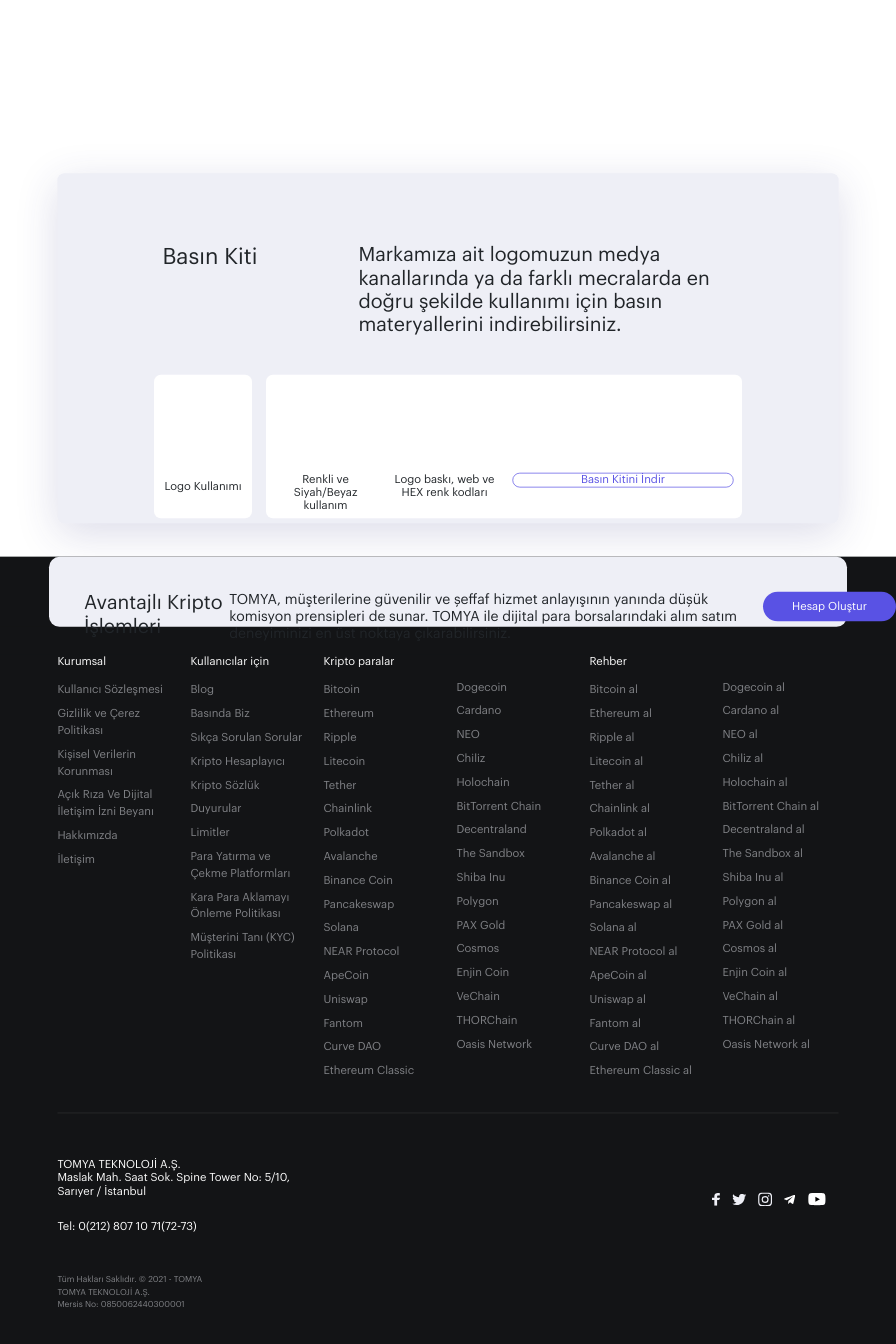
Repository: ezgibayrakli/TomyaProje
Page: index copy.html
An editor plug-in stored every save of this project. The page is shown before and after a run of saves, followed by the edit.
The browser window is 1280 px wide. The pictures show the part of the page from y = 3139 to 5059 px (the page is 5059 px tall before and 4919 px after), at 70% of full size.
Some web fonts or font styles are not loaded; a fallback is used.

Above is the page before, as saved 2023-07-06 20:48:35.

After the next 3 saves:
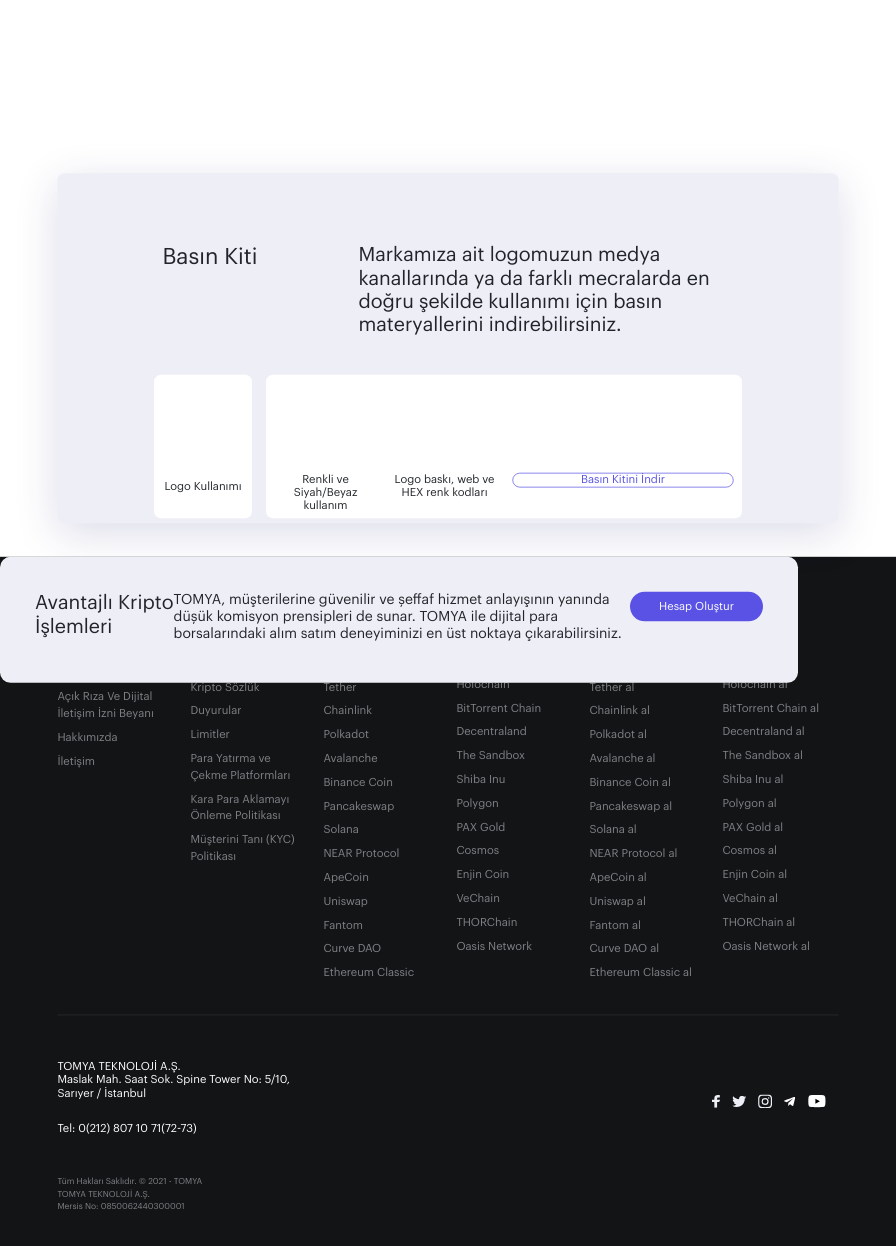
The 3 saves are shown as one change because they came seconds apart.
The last was saved 9 s later.
--- a/index copy.html
+++ b/index copy.html
@@ -209,8 +209,8 @@
     <!-- FOOTER START -->
     <div class="footer">
         <div class="footer-one mt-5" style="position: relative;">
-            <div class="container" >
-                <div class="wrap d-flex align-items-start flex-lg-row flex-column" style="position: absolute;">
+            <div class="container" style="position: absolute;">
+                <div class="wrap d-flex align-items-start flex-lg-row flex-column">
                     <h3>Avantajlı Kripto İşlemleri</h3>
                     <h5 class="w-100 ml-lg-3 mt-lg-0 ">TOMYA, müşterilerine güvenilir ve șeffaf hizmet anlayışının yanında düșük komisyon prensipleri de sunar. TOMYA ile dijital para borsalarındaki alım satım deneyiminizi en üst noktaya çıkarabilirsiniz.</h5>
                     <a href="#" class="btn mr-auto ml-auto  mr-lg-0 mt-lg-0 ">Hesap Oluştur</a>
